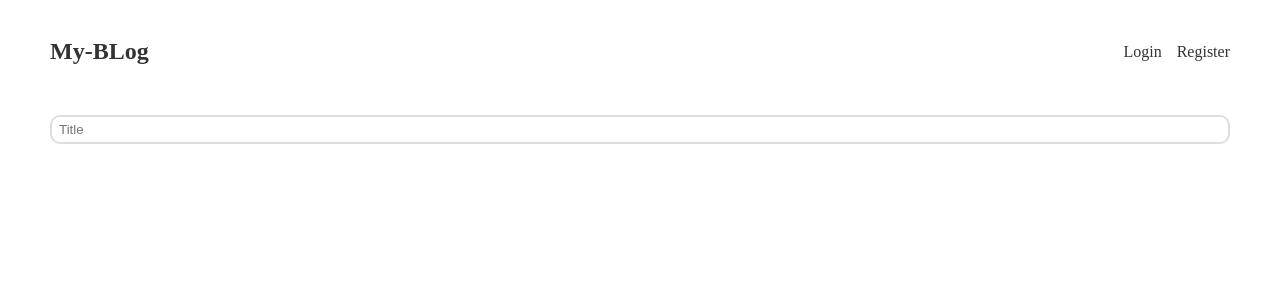
Repository: Attar786/mernblog
Page: /create (app in client/)
An editor plug-in stored every save of this project. The page is shown before and after the next save, followed by the edit.
The browser window is 1280 px wide. The pictures show the whole page.
The page's requests for data from a server got no answer. The project was rebuilt for these pictures with package versions that can differ from the ones it lists, and the page was loaded fresh each time. No one was signed in, and anything a server would have sent is missing. Also part of the build but not shown: client/vite.config.js, client/src/components/Post.jsx, client/src/pages/IndexPage.jsx, client/src/pages/LoginPage.jsx, client/src/pages/RegisterPage.jsx, client/src/index.css.

Above is the page before, as saved 2024-08-29 15:49:59.

After the next save:
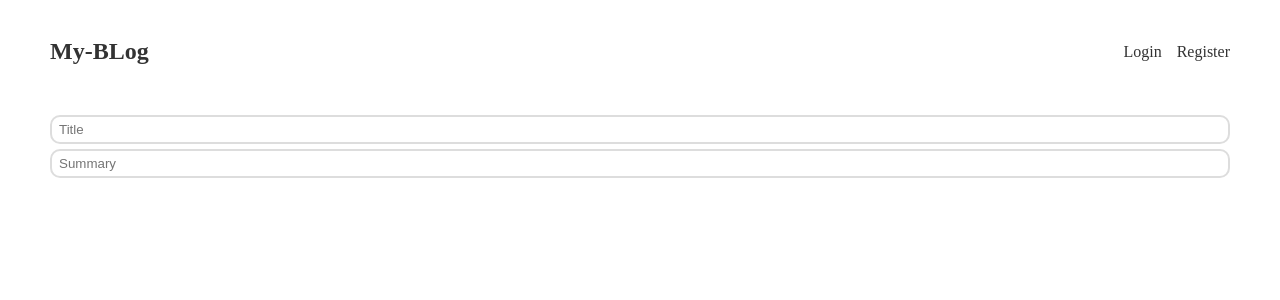
Saved 13 s later.
--- a/client/src/pages/CreatePost.jsx
+++ b/client/src/pages/CreatePost.jsx
@@ -3,6 +3,7 @@
   return (
     <form>
         <input type="text" name="" id="" placeholder="Title"/>
+        <input type="text" name="" id="" placeholder="Summary"/>
     </form>
   )
 }
